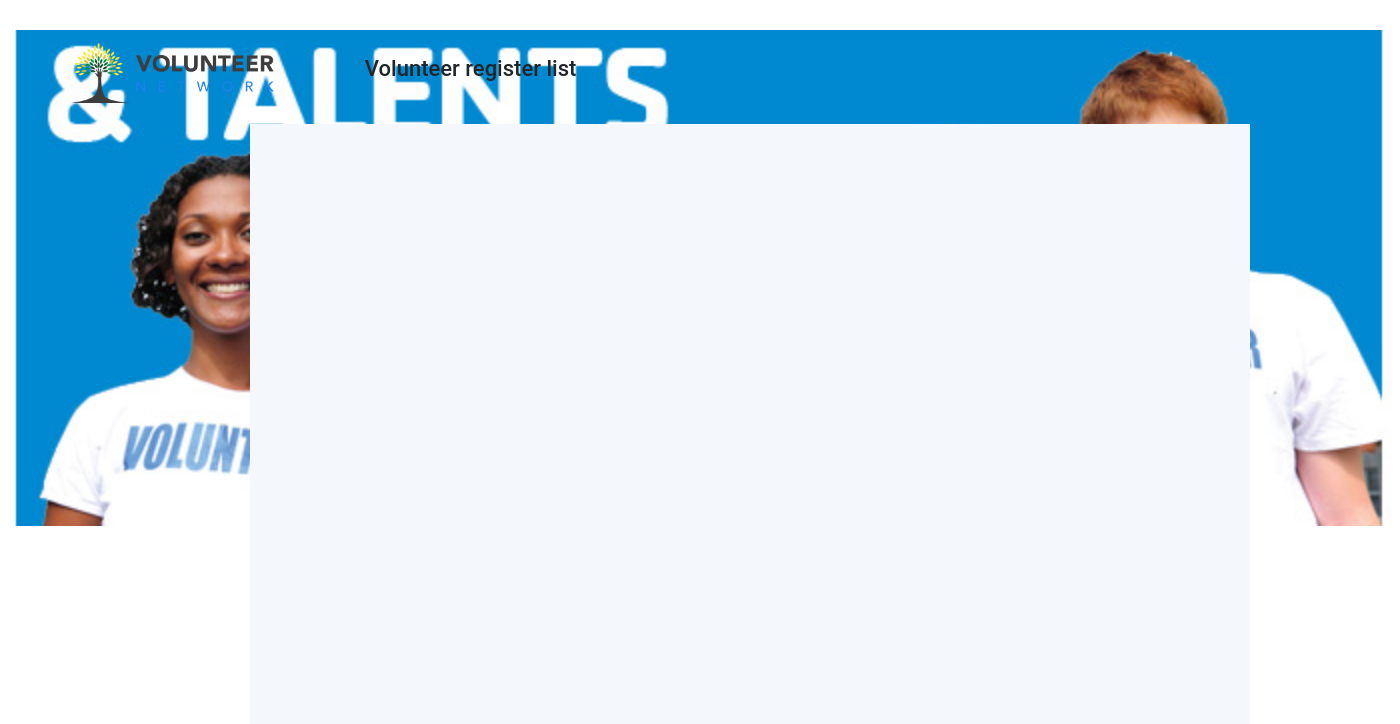
Repository: MdTahsinAmin/volunteer-network-client
Page: /adminPanel
The author's editor kept a copy of each file at every save. The page is drawn from the files as they stood at one save, then again after the next save.
The browser window is 1280 px wide. The page is 1400 px wide, so the pictures cover 1400 px, including what lies to the right of the window. The pictures show the whole page.
The project was rebuilt for these pictures with package versions that can differ from the ones it lists, and the page was loaded fresh each time.

Above is the page before, as saved 2020-10-04 23:21:09.

After the next save:
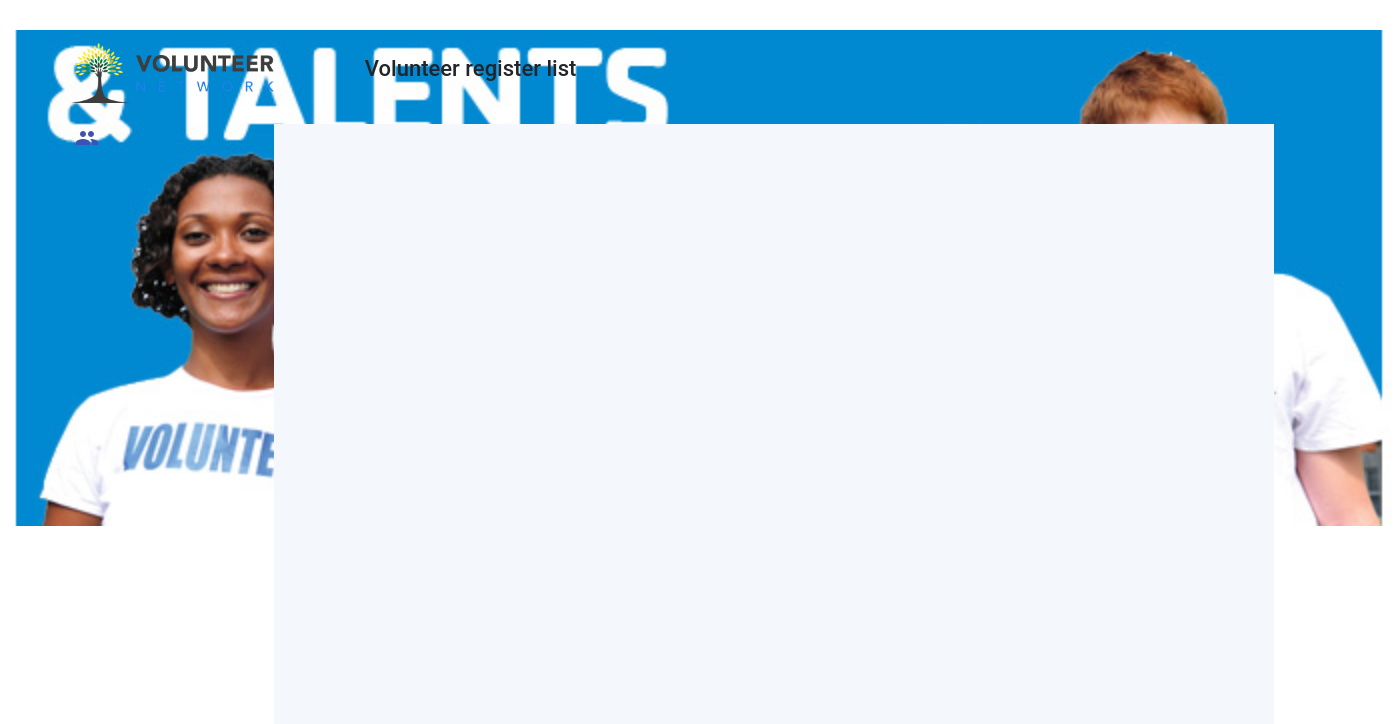
Saved 2 min 37 s later.
--- a/src/components/AdminPanel/AdminPanel.js
+++ b/src/components/AdminPanel/AdminPanel.js
@@ -1,10 +1,11 @@
 import React from 'react';
 import './AdminPanel.css';
+import GroupIcon from '@material-ui/icons/Group';
 const AdminPanel = () => {
     return (
         <div className="adminPanel-section">
             <div className="section-panel">
-
+               <GroupIcon color="primary">Volunteer register list</GroupIcon>
             </div>
             <div className='Volunteer-list'>
 
